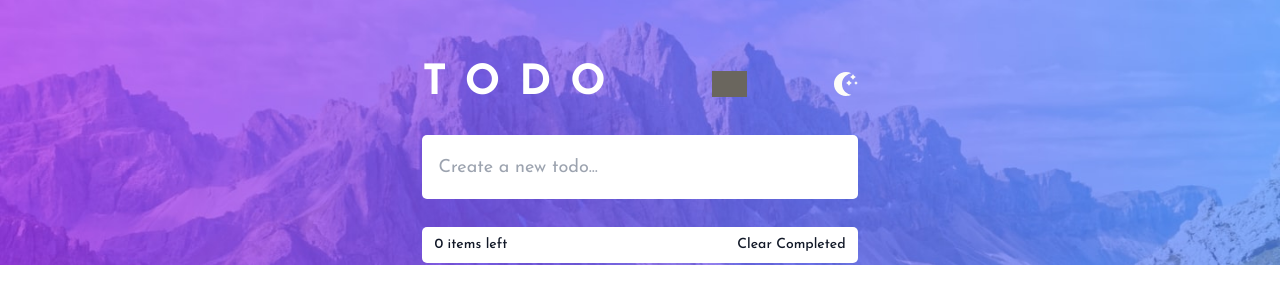
Repository: ikram-lisa/todo-list
Page: /
These files come from the project's save history. The page is drawn as it stood at one moment and after the next save; the edit follows.
The browser window is 1280 px wide. The pictures show the whole page.
Pictures or frames that could not be fetched are drawn as grey boxes. The project was rebuilt for these pictures with package versions that can differ from the ones it lists, and the page was loaded fresh each time. Also part of the build but not shown: vite.config.js.

Above is the page before, as saved 2024-05-14 23:21:24.

### src/main.jsx
import React from "react";
import ReactDOM from "react-dom/client";
import App from "./App.jsx";
import "./css/style.scss";
ReactDOM.createRoot(document.getElementById("root")).render(
  <React.StrictMode>
    <App />
  </React.StrictMode>
);

### src/App.jsx
import Defaultlayout from "./layout/defaultlayout";
import Todolist from "./pages/Todolist";
const App = () => {
  return (
    <>
      <Defaultlayout>
        <Todolist />
      </Defaultlayout>
    </>
  );
};
export default App;

### src/css/style.scss
@use "./base/fonts";
@use "./base/variable" as *;

@tailwind base;
@tailwind components;
@tailwind utilities;

body {
  font-size: 18px;
  font-family: "Josefin Sans", sans-serif;
  font-weight: 400;
}

.container-todo {
  width: 100%;
  height: 100vh;
}
.bg-light-theme {
  background-image: url("../assets/images/bg-desktop-light.jpg");
  background-position: center;
  background-size: cover;
  overflow-x: hidden;
  overflow-y: hidden;
  width: 100%;
  height: 265px;
}

.bg-dark-theme {
  background-image: url("../assets/images/bg-desktop-dark.jpg");
  background-position: center;
  background-size: cover;
  overflow-x: hidden;
  overflow-y: hidden;
  width: 100%;
  height: 265px;
}
.theme-content {
  width: 34%;
  margin: 53px auto;
  margin-bottom: 20px !important;
  h1 {
    font-weight: 700;
    color: white;
    font-size: 2.6rem;
    letter-spacing: 19px;
  }
  img {
    width: 100%;
    max-width: 35px;
    height: auto;
    display: block;
    cursor: pointer;
    filter: invert(104%) sepia(29%) brightness(99%);
  }
}
.form {
  width: 34%;
  margin: 0 auto;
}
.input-search {
  outline: none;
}

### src/layout/defaultlayout.jsx
const defaultlayout = ({ children }) => {
  return (
    <>
      <section>{children}</section>
    </>
  );
};
export default defaultlayout;

### src/pages/Todolist.jsx
import { useState } from "react";
import Light from "../assets/images/light.svg";
import Dark from "../assets/images/dark.svg";
import Form from "../components/Form";
const Todolist = () => {
  const [theme, setTheme] = useState("light");
  const handleToggle = () => {
    setTheme(theme === "light" ? "dark" : "light");
  };
  return (
    <>
      <section
        className={`container-todo ${
          theme === "light" ? "bg-white" : "bg-VeryDarkBlueish"
        }`}
      >
        <div
          className={`theme  ${
            theme === "light" ? "bg-light-theme" : "bg-dark-theme"
          } `}
        >
          <div className="theme-content flex justify-between items-center">
            <h1>TODO</h1>
            <img src="../assets/images/moon.svg" alt="" />
            <button onClick={handleToggle}>
              {theme === "light" ? (
                <img src={Dark} alt="dark mode" />
              ) : (
                <img src={Light} alt="light mode" />
              )}
            </button>
          </div>
          <div className="form">
            <Form theme={theme} />
          </div>
        </div>
      </section>
    </>
  );
};
export default Todolist;

### src/css/base/_fonts.scss
@import url("https://fonts.googleapis.com/css2?family=Josefin+Sans:ital,wght@0,100..700;1,100..700&family=Kumbh+Sans:wght@100..900&family=Montserrat:ital,wght@0,100..900;1,100..900&family=Open+Sans:ital,wght@0,400;0,600;0,700;0,800;1,400;1,700;1,800&family=Poppins:ital,wght@0,200;0,300;0,400;0,500;0,600;0,700;0,800;0,900;1,100;1,200;1,300;1,400;1,500;1,600;1,700;1,800;1,900&display=swap");

### src/css/base/_variable.scss
// ### Light Theme

$VeryLightGray: hsl(0, 0%, 98%);
$VeryLightGrayishBlue: hsl(236, 33%, 92%);
$LightGrayishBlue: hsl(233, 11%, 84%);
$DarkGrayishBlue: hsl(236, 9%, 61%);
$VeryDarkGrayishBlue: hsl(235, 19%, 35%);

// ### Dark Theme

$VeryDarkBlue: hsl(235, 21%, 11%);
$VeryDarkBlue: hsl(235, 24%, 19%);
$LightGrayishBlue: hsl(234, 39%, 85%);
$LightGrayishBlue: hsl(236, 33%, 92%);
$DarkGrayishBlue: hsl(234, 11%, 52%);
$VeryDarkGrayishBlue: hsl(233, 14%, 35%);
$VeryDarkGrayishBlue: hsl(237, 14%, 26%);

### src/components/Form.jsx
import { useState } from "react";
import Tab from "./TabBar";

/* eslint-disable react/prop-types */
const Form = ({ theme }) => {
  const [todos, setTodos] = useState([]);
  const [inputValue, setInputValue] = useState("");
  const [filter, setFilter] = useState("all");
  const handleChange = (e) => {
    setInputValue(e.target.value);
  };
  const handleSubmit = (e) => {
    e.preventDefault();
    if (inputValue.trim() === "") return;
    const newTodo = {
      id: todos.length + 1,
      text: inputValue,
      isCompleted: false,
    };
    setTodos([...todos, newTodo]);
    setInputValue("");
  };
  const handleToggleCompleted = (id) => {
    const updatedTodos = todos.map((todo) => {
      if (todo.id === id) {
        return { ...todo, isCompleted: !todo.isCompleted };
      }
      return todo;
    });
    setTodos(updatedTodos);
  };
  const handleDelete = (id) => {
    const updatedTodos = todos.filter((todo) => todo.id !== id);
    setTodos(updatedTodos);
    console.log("deleted");
  };
  const handleDeleteAll = () => {
    setTodos([]);
  };
  const completedCount = todos.filter((todo) => todo.isCompleted).length;
  const getFilteredTodos = () => {
    switch (filter) {
      case "active":
        return todos.filter((todo) => !todo.isCompleted);
      case "completed":
        return todos.filter((todo) => todo.isCompleted);
      default:
        return todos;
    }
  };

  const filteredTodos = getFilteredTodos();
  return (
    <>
      <section className="search rounded-[5px] relative w-full h-16 flex items-center">
        <form
          onSubmit={handleSubmit}
          className="search rounded-[5px] relative w-full h-16 flex items-center"
        >
          <input
            type="text"
            value={inputValue}
            onChange={handleChange}
            className={`input-search block w-full p-4 text-lg text-gray-900 ${
              theme === "dark"
                ? "bg-VeryDarkBlueish text-white"
                : "bg-white text-gray-900"
            } rounded-[5px] w-full h-16 flex items-center`}
            placeholder="Create a new todo..."
          />
        </form>
      </section>
      <section className="result mt-7">
        <ul
          className={`w-full text-sm font-medium ${
            theme === "dark"
              ? "bg-VeryDarkBlueish text-white border-gray-600"
              : "bg-white text-gray-900 border-gray-200"
          } rounded-[5px]`}
        >
          {filteredTodos.map((todo) => (
            <li
              key={todo.id}
              className={`w-full border-b border-gray-500 rounded-t-lg dark:border-gray-600 ${
                todo.isCompleted ? "checked" : ""
              }`}
            >
              <div className="flex items-center justify-between ps-3">
                <label className="custom-checkbox flex items-center gap-3 w-full py-5 ms-2 text-sm font-medium">
                  <input
                    type="checkbox"
                    checked={todo.isCompleted}
                    onChange={() => handleToggleCompleted(todo.id)}
                    className="mr-5 mt-2"
                  />
                  <div className="checkbox-custom"></div>
                  {todo.text}{" "}
                </label>
                <button
                  type="button"
                  onClick={() => handleDelete(todo.id)}
                  className="ms-auto -ml-1.5 mr-[0.625rem] text-[transparent] font-bold hover:text-gray-500  p-1.5
       inline-flex items-center justify-center h-7 w-7 "
                >
                  <span className="sr-only">Close</span>
                  <svg
                    className="w-5 h-5"
                    aria-hidden="true"
                    xmlns="http://www.w3.org/2000/svg"
                    fill="none"
                    viewBox="0 0 14 14"
                  >
                    <path
                      stroke="currentColor"
                      strokeLinecap="round"
                      strokeLinejoin="round"
                      strokeWidth="2"
                      d="m1 1 6 6m0 0 6 6M7 7l6-6M7 7l-6 6"
                    />
                  </svg>
                </button>
              </div>
            </li>
          ))}

          <li className="w-full">
            <div className="flex items-center justify-between py-2 px-3">
              <span>{completedCount} items left</span>
              <div className="tab">
                <Tab setFilter={setFilter} currentFilter={filter} />
              </div>
              <button onClick={handleDeleteAll}>Clear Completed</button>
            </div>
          </li>
        </ul>
      </section>
    </>
  );
};
export default Form;

### src/components/TabBar.jsx
const Checklist = () => {
  return (
    <>
      <h1></h1>
    </>
  );
};
export default Checklist;

Loaded but not shown: index.html (common file); tailwind.config.js (1082 lines, source omitted)

After the next save:
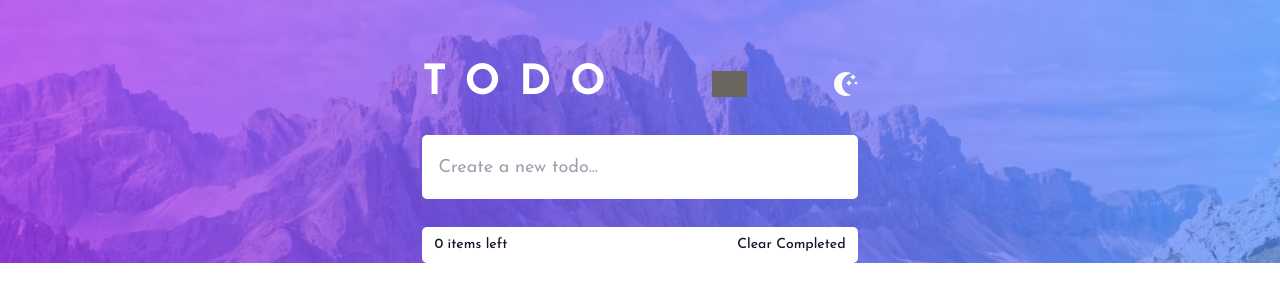
Saved 63 s later.
--- a/src/css/style.scss
+++ b/src/css/style.scss
@@ -20,9 +20,8 @@ body {
   background-position: center;
   background-size: cover;
   overflow-x: hidden;
-  overflow-y: hidden;
+
   width: 100%;
-  height: 265px;
 }
 
 .bg-dark-theme {
@@ -30,9 +29,8 @@ body {
   background-position: center;
   background-size: cover;
   overflow-x: hidden;
-  overflow-y: hidden;
+
   width: 100%;
-  height: 265px;
 }
 .theme-content {
   width: 34%;
